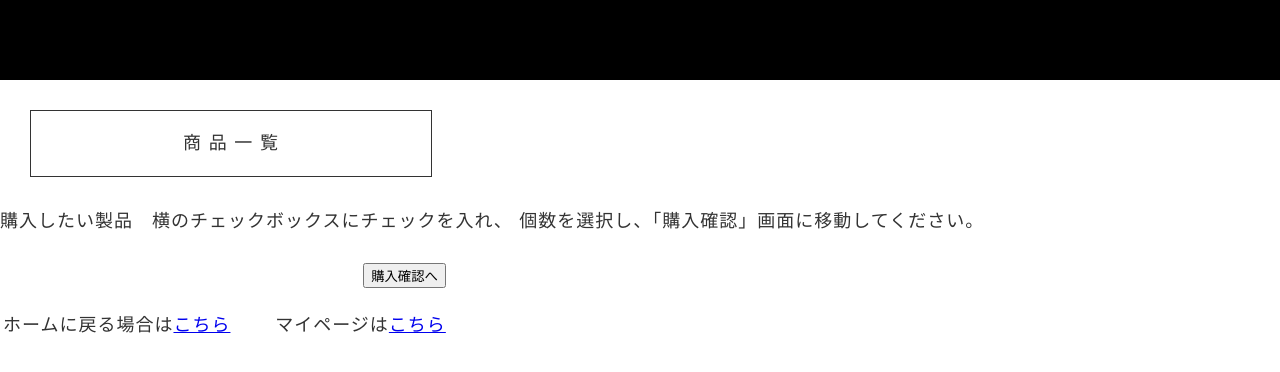
Repository: pokopen-6/test
Page: http://localhost/wood/buyItem.jsp
These files come from the project's save history. The page is drawn as it stood at one moment and after the next save; the edit follows.
The browser window is 1280 px wide. The pictures show the whole page.
The page is served by Tomcat 9. Other server files are loaded and not shown.

Above is the page before, as saved 2018-04-25 06:53:18.

### wood/WebContent/buyItem.jsp
<%@ page language="java" contentType="text/html; charset=UTF-8"
    pageEncoding="UTF-8"%>
<%@ taglib prefix="s" uri="/struts-tags" %>
<!DOCTYPE html>
<html>
<head>
<meta http-equiv="Content-Type" content="text/html; charset=UTF-8"/>
<meta http-equiv="Content-Style-Type" content="text/css" />
<meta http-equiv="Content-Script-Type" content="text/javascript" />
<meta http-equiv="imagetoolbar" content="no"/>
<meta name="description" content=""/>
<meta name="keywords" content=""/>
<title>商品一覧</title>
<style type="text/css">
	body {
		margin:0;
		padding:0;
		line-height:1.6;
		letter-spacing:1px;
		font-family:Verdana,Helvetica,sans-serif;
		font-size:18px;
		color:#333;
		background:#fff;
		}
	main {
		width:100%;
		}
	table {
		text-aign:center;
		margin:0 auto;
		float:left;

			}
	#top {
		width:400px;
		margin:30px;
		border:1px solid #333;
		text-align:center;
		}
	#header {
		width:100%;
		height:80px;
		background-color:black;
		text-align:center;
		}
	#x {
		float:left;
		clear:both;
		margin-left:15px;
			}
	#image {

		}

</style>
</head>
<body>
	<div id="header">
		<div id="pr">
		</div>
	</div>
	<div id="main">
		<div id="top">
			<p> 商  品  一  覧 </p>
		</div>
		<div id="pp">
		<p>購入したい製品　横のチェックボックスにチェックを入れ、
			個数を選択し、「購入確認」画面に移動してください。</p></div>
		<div class="itemList">
		<s:form action="BuyItemAction">
		<table>
			<s:iterator value="productList">
			<tr>
				<td><div id="image">
				<img class="image" src="<s:property value='image_file_path'/>"  alt="Photo" width="500" height="350">
				</div></td>
				<th><div id="x"><input type="checkbox" value="1">製品名：<s:property value="product_name"/><br></div></th>
				<td><div id="x"><s:property value="product_description"/><br></div>
				<div id="x">個数：<select name="product_count">
					<option value="1" selected="selected">1</option>
					<option value="2">2</option>
					<option value="3">3</option>
					<option value="4">4</option>
					<option value="5">5</option>
				</select><br></div>
				<div id="x">製品価格（税込）￥<s:property value="product_price" /><br></div></td>

			</s:iterator>



			<tr>
				<td>
				<s:submit value="購入確認へ" />
				</td>
			</tr>
			<tr>
				<td>
					<p>ホームに戻る場合は<a href='<s:url action="GoHomeAction"/>'>こちら</a>
					　　マイページは<a href='<s:url action="MyPageAction"/>'>こちら</a></p>
				</td>
				</table>
			</s:form></div></div>








</body>
</html>

After the next save:
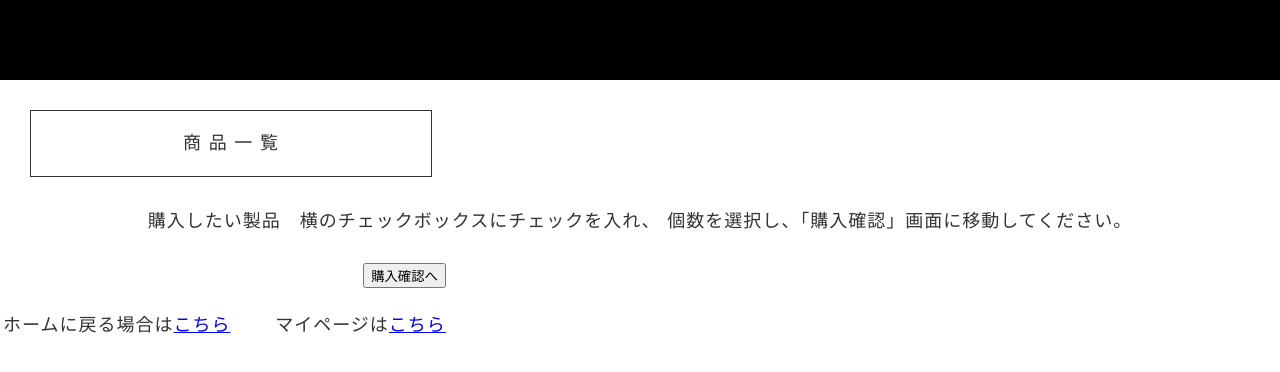
Saved 24 s later.
--- a/wood/WebContent/buyItem.jsp
+++ b/wood/WebContent/buyItem.jsp
@@ -30,6 +30,10 @@
 		margin:0 auto;
 		float:left;
 
+			}
+
+		#pp {
+			text-align:center;
 			}
 	#top {
 		width:400px;
